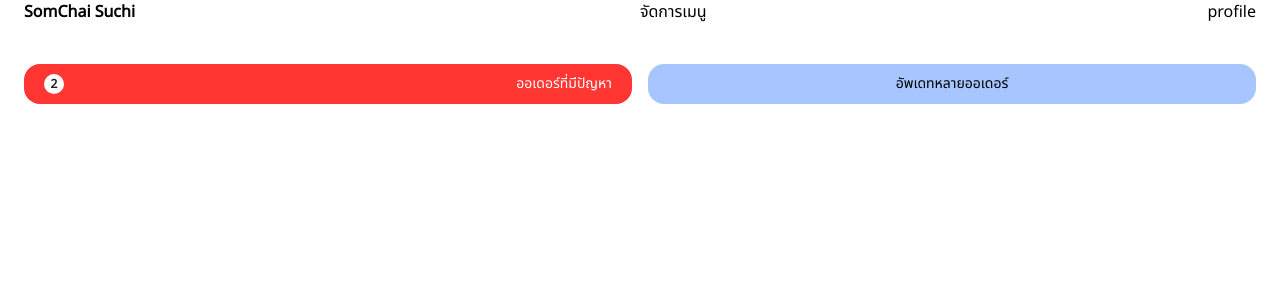
Repository: Pingping1004/food-ordering
Page: / (app in frontend/)
These files come from the project's save history. The page is drawn as it stood at one moment and after a run of saves; the edit follows.
The browser window is 1280 px wide. The pictures show the whole page.
The project was rebuilt for these pictures with package versions that can differ from the ones it lists, and the page was loaded fresh each time. The framework's server and built-in components were replaced by stand-ins that run in the browser. Also part of the build but not shown: frontend/next.config.ts.

Above is the page before, as saved 2025-06-04 05:24:42.

### frontend/src/app/layout.tsx
import type { Metadata } from "next";
import { Geist, Geist_Mono } from "next/font/google";
import "./globals.css";

const geistSans = Geist({
  variable: "--font-geist-sans",
  subsets: ["latin"],
});

const geistMono = Geist_Mono({
  variable: "--font-geist-mono",
  subsets: ["latin"],
});

export const metadata: Metadata = {
  title: "Create Next App",
  description: "Generated by create next app",
};

export default function RootLayout({
  children,
}: Readonly<{
  children: React.ReactNode;
}>) {
  return (
    <html lang="en">
      <head>
        {/* // Poppins google font api connected */}
          <link rel="preconnect" href="https://fonts.googleapis.com" />
          <link
              rel="preconnect"
              href="https://fonts.gstatic.com"
              crossOrigin="anonymous"
          />

          {/* // Poppins google font api connected */}
          <link href='https://fonts.googleapis.com/css?family=Noto Sans Thai' rel='stylesheet'></link>
      </head>
      <body
        className={`${geistSans.variable} ${geistMono.variable} antialiased`}
      >
        {children}
      </body>
    </html>
  );
}

### frontend/src/app/page.tsx
import { Button } from "@/components/Button";
import CookerHeader from "@/components/cookers/Header";
import { NumberIssued } from "@/components/NumberIssue";

export default function CookerHomePage() {
  return (
    <div>
      <CookerHeader />
      <section className="grid grid-cols-2 px-6 py-10 gap-4">
        <Button
          variant="danger"
          size="md"
          className="flex items-center justify-between"
          icon={<NumberIssued issuedOrder={2} />}
        >
          ออเดอร์ที่มีปัญหา
        </Button>
        <Button
          variant="secondary"
          size="md"
        >อัพเดทหลายออเดอร์</Button>
      </section>
    </div>
  );
}

### frontend/src/app/globals.css
@import "tailwindcss";

body {
  font-family: 'Poppins', 'Noto Sans Thai', sans-serif;
}

:root {
  --background: #ffffff;
  --foreground: #171717;
}

@theme inline {
  --color-background: var(--background);
  --color-foreground: var(--foreground);
  --font-sans: var(--font-geist-sans);
  --font-mono: var(--font-geist-mono);
}

@theme {
    --color-danger-main: #FF3632;
    --color-danger-light: #FFB2B0;
    --color-primary-main: #1263F0;
    --color-primary-light: #A7C6FF;
}

@media (prefers-color-scheme: dark) {
  :root {
    --background: #0a0a0a;
    --foreground: #ededed;
  }
}

.bg-primary {
    background-color: #1263F0;
}

.text-primary {
  color: #1E1E1E;
}

.text-secondary {
  color: #1E1E1E;
  opacity: 0.75;
}

.text-tertiary {
  color: #1E1E1E;
  opacity: 0.5;
}
.text-quaternary {
  color: #1E1E1E;
  opacity: 0.25;
}

.poppins-thin {
  font-family: "Poppins", sans-serif;
  font-weight: 100;
  font-style: normal;
}

.poppins-extralight {
  font-family: "Poppins", sans-serif;
  font-weight: 200;
  font-style: normal;
}

.poppins-light {
  font-family: "Poppins", sans-serif;
  font-weight: 300;
  font-style: normal;
}

.poppins-regular {
  font-family: "Poppins", sans-serif;
  font-weight: 400;
  font-style: normal;
}

.poppins-medium {
  font-family: "Poppins", sans-serif;
  font-weight: 500;
  font-style: normal;
}

.poppins-semibold {
  font-family: "Poppins", sans-serif;
  font-weight: 600;
  font-style: normal;
}

.poppins-bold {
  font-family: "Poppins", sans-serif;
  font-weight: 700;
  font-style: normal;
}

.poppins-extrabold {
  font-family: "Poppins", sans-serif;
  font-weight: 800;
  font-style: normal;
}

.poppins-black {
  font-family: "Poppins", sans-serif;
  font-weight: 900;
  font-style: normal;
}

.noto-sans-regular {
  font-family: "Noto Sans Thai", sans-serif;
  font-weight: 400;
  font-style: normal;
}

.noto-sans-bold {
  font-family: "Noto Sans Thai", sans-serif;
  font-weight: 700;
  font-style: normal;
}

### frontend/src/components/Button.tsx
import { cva, VariantProps } from 'class-variance-authority';
import clsx from 'clsx';
import React from 'react';

const button = cva('noto-sans-regular text-sm', {
    variants: {
        variant: {
            primary: 'bg-primary-main text-white',
            secondary: 'bg-primary-light text-main',
            danger: 'bg-danger-main text-white',
            'secondary-danger': 'bg-danger-light text-danger-main',
        },
        size: {
            md: 'px-5 py-2.5 rounded-2xl',
            lg: 'px-6 py-3 rounded-2xl',
            full: 'w-full py-3 rounded-2xl noto-sans-bold',
            half: 'w-1/2 py-2.5 rounded-2xl',
        },
        disabled: {
            true: 'opacity-50 cursor-not-allowed',
            false: 'cursor-pointer',
        }
    },
    defaultVariants: {
        variant: 'primary',
        size: 'md',
        disabled: false,
    },
});

type ButtonProps = React.ButtonHTMLAttributes<HTMLButtonElement> &
    VariantProps<typeof button> & {
        icon?: React.ReactNode;
        iconPosition?: 'start' | 'end';
    };

export const Button = ({
    className,
    variant,
    size,
    disabled,
    icon,
    iconPosition = 'start',
    children,
    ...props
}: ButtonProps) => {
    return (
        <button className={clsx(button({ variant, size, disabled }), className)} {...props}>
            {icon && iconPosition === 'start' && <span>{icon}</span>}
            <span>{children}</span>
            {icon && iconPosition === 'end' && <span>{icon}</span>}
        </button>
    );
}

### frontend/src/components/cookers/Header.tsx
import React from "react";

export default function CookerHeader() {
    return (
        <>
            <header className="w-full flex items-center px-6">
                <div className="grid grid-cols-2 w-full">
                    <div>
                        <h1 className="font-bold">SomChai Suchi</h1>
                    </div>

                    <div className="w-full flex justify-between items-center">
                        <button>จัดการเมนู</button>

                        <div>
                            <div className="profile-icon">profile</div>
                        </div>
                    </div>
                </div>
            </header>
        </>
    );
}

### frontend/src/components/NumberIssue.tsx
import React from 'react';

export const NumberIssued = ({ issuedOrder }: { issuedOrder: number }) => {
    return (
        <div className="flex items-center justify-center w-5 h-5 rounded-full bg-white text-primary text-xs noto-sans-bold">
            {issuedOrder > 0 ? issuedOrder : 0}
        </div>
    )
}

After the next 2 saves:
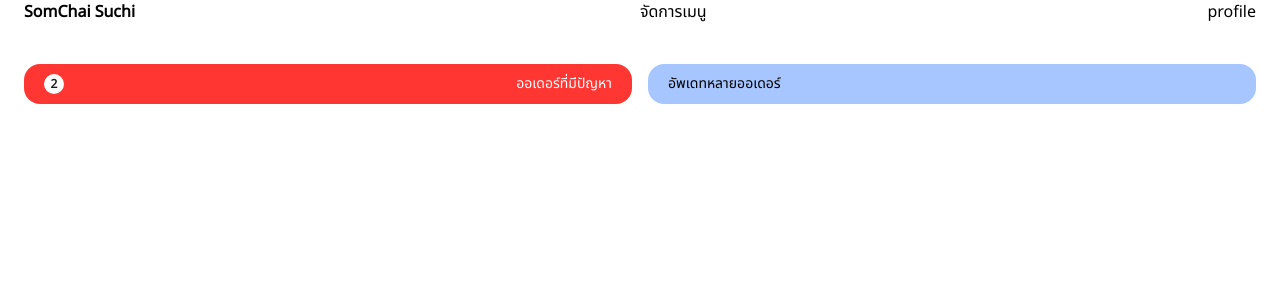
The 2 saves are shown as one change because 1 did not build or start.
The last was saved 15 s later.
--- a/frontend/src/app/page.tsx
+++ b/frontend/src/app/page.tsx
@@ -18,6 +18,7 @@ export default function CookerHomePage() {
         <Button
           variant="secondary"
           size="md"
+          className="flex items-center justify-between"
         >อัพเดทหลายออเดอร์</Button>
       </section>
     </div>
